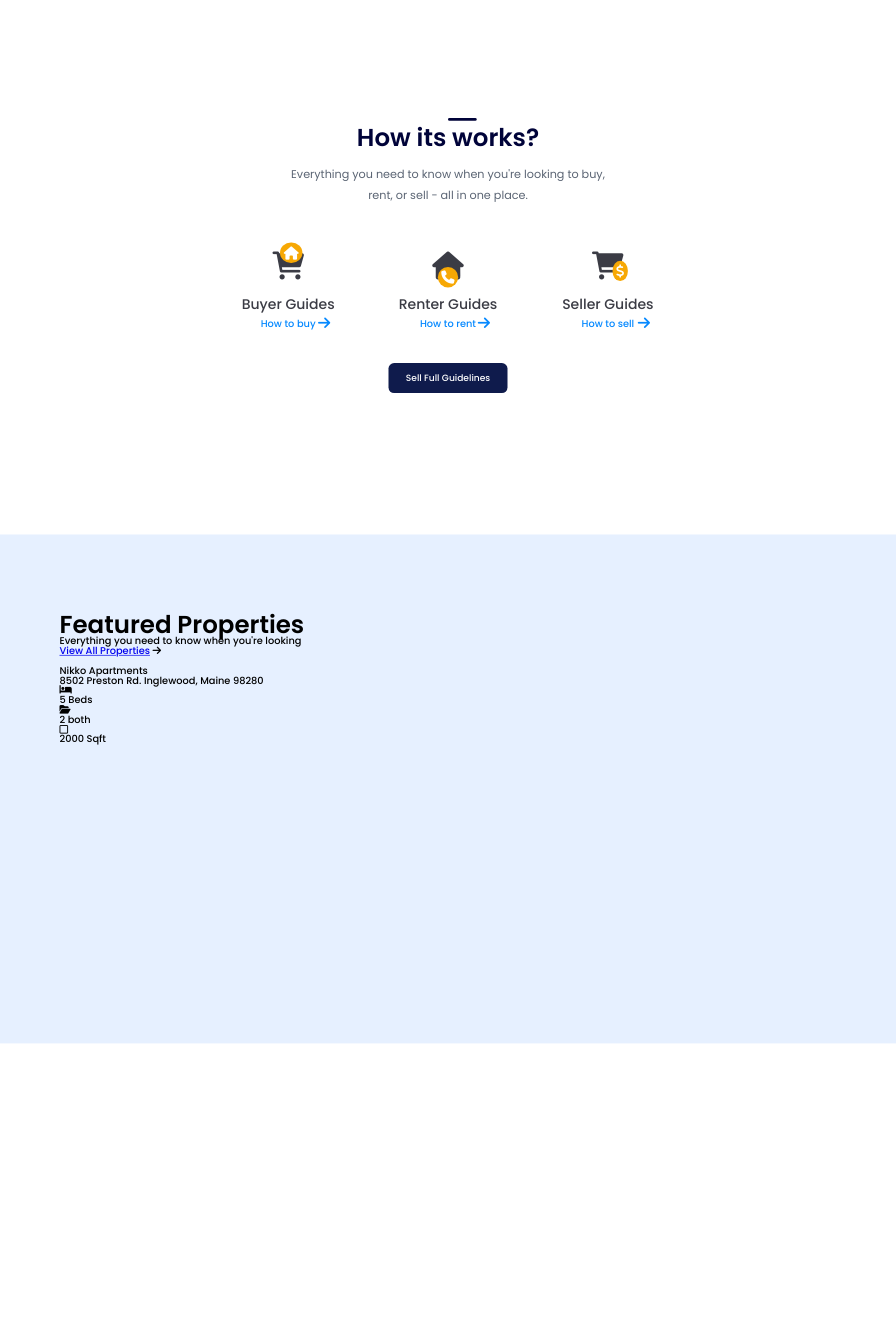
Repository: kauittt/f8-htmlcss-01
Page: index.html
These files come from the project's save history. The page is drawn as it stood at one moment and after the next save; the edit follows.
The browser window is 1280 px wide. The pictures show the part of the page from y = 991 to 2911 px (the page is 2911 px tall), at 70% of full size.

Above is the page before, as saved 2023-01-01 10:33:57.

After the next save:
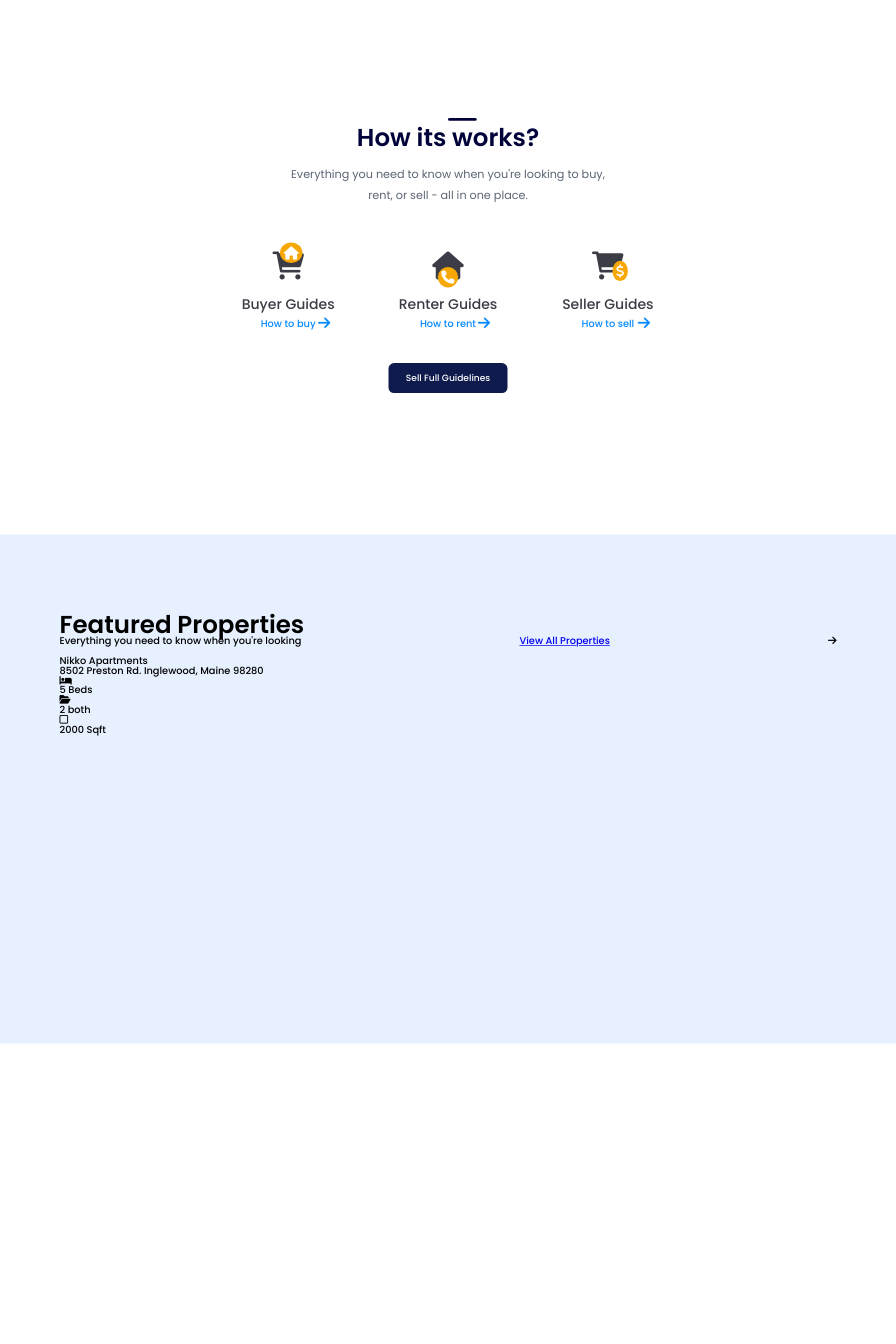
Saved 42 s later.
--- a/assets/css/styles.css
+++ b/assets/css/styles.css
@@ -281,6 +281,8 @@ body {
 }
 
 .feature-more {
+    display: flex;
+    justify-content: space-between;
 }
 
 .feature-more__desc {
